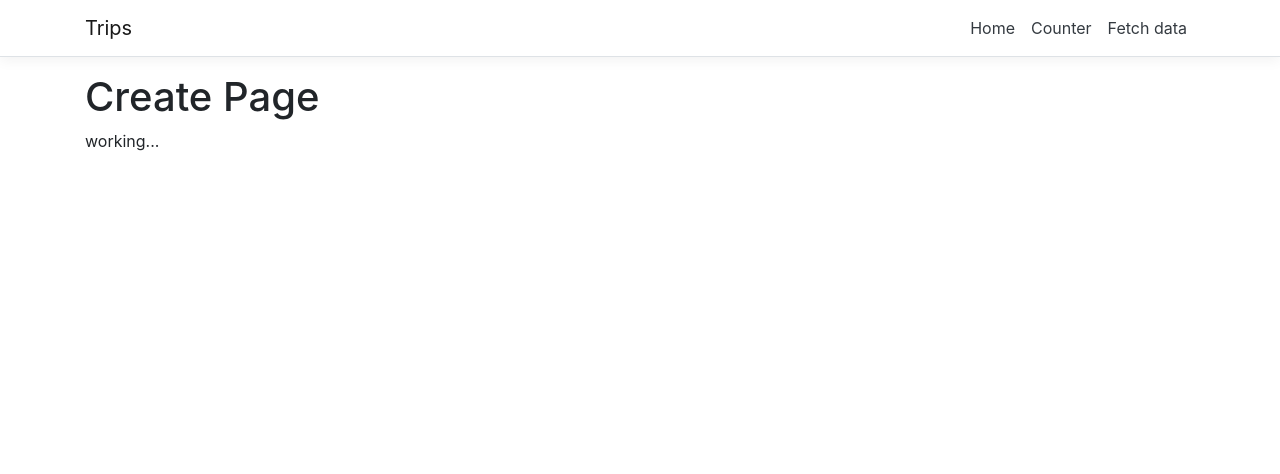
Repository: DevLuDaley/Trips
Page: /create (app in ClientApp/)
These files come from the project's save history. The page is drawn as it stood at one moment and after the next save; the edit follows.
The browser window is 1280 px wide. The pictures show the whole page.
The project was rebuilt for these pictures with package versions that can differ from the ones it lists, and the page was loaded fresh each time. Also part of the build but not shown: ClientApp/src/components/Home.js, ClientApp/src/components/FetchData.js, ClientApp/src/components/Counter.js, ClientApp/src/components/Trip/Trips.jsx.

Above is the page before, as saved 2020-11-06 11:31:59.

### ClientApp/public/index.html
<!DOCTYPE html>
<html lang="en">
  <head>
    <meta charset="utf-8">
    <meta name="viewport" content="width=device-width, initial-scale=1, shrink-to-fit=no">
    <meta name="theme-color" content="#000000">
    <base href="%PUBLIC_URL%/" />
    <!--
      manifest.json provides metadata used when your web app is added to the
      homescreen on Android. See https://developers.google.com/web/fundamentals/engage-and-retain/web-app-manifest/
    -->
    <link rel="manifest" href="%PUBLIC_URL%/manifest.json">
    <link rel="shortcut icon" href="%PUBLIC_URL%/favicon.ico">
    <!--
      Notice the use of %PUBLIC_URL% in the tags above.
      It will be replaced with the URL of the `public` folder during the build.
      Only files inside the `public` folder can be referenced from the HTML.

      Unlike "/favicon.ico" or "favicon.ico", "%PUBLIC_URL%/favicon.ico" will
      work correctly both with client-side routing and a non-root public URL.
      Learn how to configure a non-root public URL by running `npm run build`.
    -->
    <title>Trips</title>
  </head>
  <body>
    <noscript>
      You need to enable JavaScript to run this app.
    </noscript>
    <div id="root"></div>
    <!--
      This HTML file is a template.
      If you open it directly in the browser, you will see an empty page.

      You can add webfonts, meta tags, or analytics to this file.
      The build step will place the bundled scripts into the <body> tag.

      To begin the development, run `npm start` or `yarn start`.
      To create a production bundle, use `npm run build` or `yarn build`.
    -->
  </body>
</html>

### ClientApp/src/App.js
import React, { Component } from 'react';
import { Route } from 'react-router';
import { Layout } from './components/Layout';
import { Home } from './components/Home';
import { FetchData } from './components/FetchData';
import { Counter } from './components/Counter';

import './custom.css'
import Trips from './components/Trip/Trips';
import CreateTrip from './components/Trip/CreateTrip';

export default class App extends Component {
  static displayName = App.name;

  render () {
    return (
      <Layout>
        <Route exact path='/' component={Home} />
        <Route path='/counter' component={Counter} />
        <Route path='/fetch-data' component={FetchData} />
        <Route path='/trips' component={Trips} />
        <Route path='/create' component={CreateTrip} />
      </Layout>
    );
  }
}

### ClientApp/src/components/Trip/CreateTrip.jsx
import React, { Fragment, Component } from 'react'
class Create extends Component {
    constructor(props){
        super(props)
        this.state = {
                   name: '',
                   description: '',
                   dateStarted: null,
                   dateCompleted: null
          }

    }
    render() {
        return (
        <Fragment>
            <h1> Create Page</h1>
            working...
        </Fragment> );
    }
}

export default Create;

### ClientApp/src/components/NavMenu.js
import React, { Component } from 'react';
import { Collapse, Container, Navbar, NavbarBrand, NavbarToggler, NavItem, NavLink } from 'reactstrap';
import { Link } from 'react-router-dom';
import './NavMenu.css';

export class NavMenu extends Component {
  static displayName = NavMenu.name;

  constructor (props) {
    super(props);

    this.toggleNavbar = this.toggleNavbar.bind(this);
    this.state = {
      collapsed: true
    };
  }

  toggleNavbar () {
    this.setState({
      collapsed: !this.state.collapsed
    });
  }

  render () {
    return (
      <header>
        <Navbar className="navbar-expand-sm navbar-toggleable-sm ng-white border-bottom box-shadow mb-3" light>
          <Container>
            <NavbarBrand tag={Link} to="/trips">Trips</NavbarBrand>
            <NavbarToggler onClick={this.toggleNavbar} className="mr-2" />
            <Collapse className="d-sm-inline-flex flex-sm-row-reverse" isOpen={!this.state.collapsed} navbar>
              <ul className="navbar-nav flex-grow">
                <NavItem>
                  <NavLink tag={Link} className="text-dark" to="/">Home</NavLink>
                </NavItem>
                <NavItem>
                  <NavLink tag={Link} className="text-dark" to="/counter">Counter</NavLink>
                </NavItem>
                <NavItem>
                  <NavLink tag={Link} className="text-dark" to="/fetch-data">Fetch data</NavLink>
                </NavItem>
              </ul>
            </Collapse>
          </Container>
        </Navbar>
      </header>
    );
  }
}

Loaded but not shown: ClientApp/src/index.js (common file); ClientApp/src/registerServiceWorker.js (common file); ClientApp/src/components/Layout.js (common file); ClientApp/src/custom.css (common file); ClientApp/src/components/NavMenu.css (common file)

After the next save:
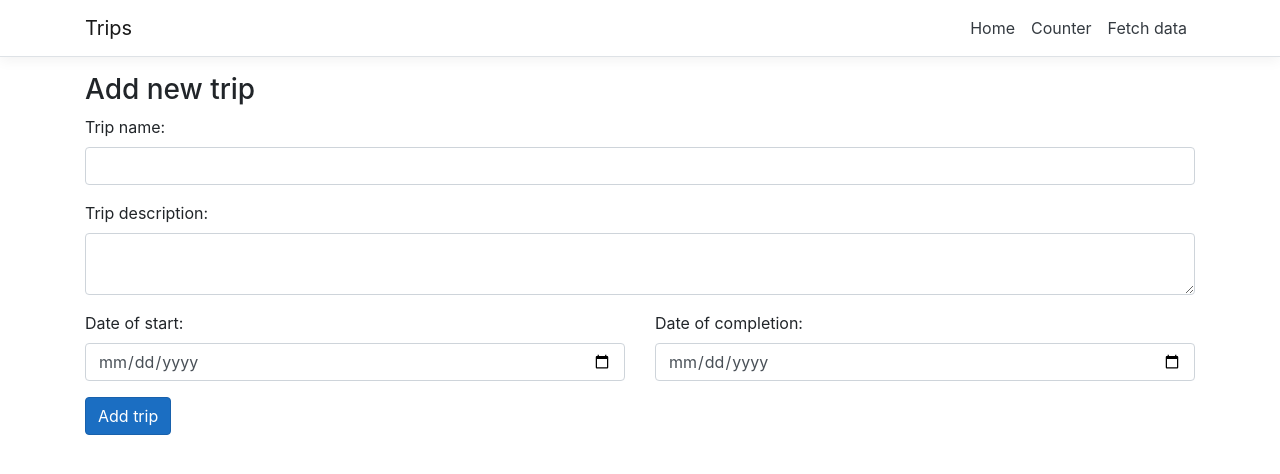
Saved 12 s later.
--- a/ClientApp/src/components/Trip/CreateTrip.jsx
+++ b/ClientApp/src/components/Trip/CreateTrip.jsx
@@ -13,8 +13,50 @@ class Create extends Component {
     render() {
         return (
         <Fragment>
-            <h1> Create Page</h1>
-            working...
+            <div className="trip-form" >
+                <h3>Add new trip</h3>
+                <form onSubmit={this.onSubmit}>
+                    <div className="form-group">
+                        <label>Trip name:  </label>
+                        <input
+                          type="text"
+                          className="form-control"
+                         />
+                    </div>
+                    <div className="form-group">
+                        <label>Trip description: </label>
+                        <textarea
+			  type="text"
+                          className="form-control"
+                        />
+                    </div>
+                    <div className="row">
+                        <div className="col col-md-6 col-sm-6 col-xs-12">
+                            <div className="form-group">
+                                <label>Date of start:  </label>
+                                <input
+                                  type="date"
+                                  className="form-control"
+                                />
+                            </div>
+                        </div>
+                        <div className="col col-md-6 col-sm-6 col-xs-12">
+                          <div className="form-group">
+                            <label>Date of completion:  </label>
+                            <input
+                                type="date"
+                                className="form-control"
+                            />
+                            </div>
+                        </div>
+                    </div>
+
+
+                    <div className="form-group">
+                        <input type="submit" value="Add trip" className="btn btn-primary"/>
+                    </div>
+                </form>
+            </div>
         </Fragment> );
     }
 }
